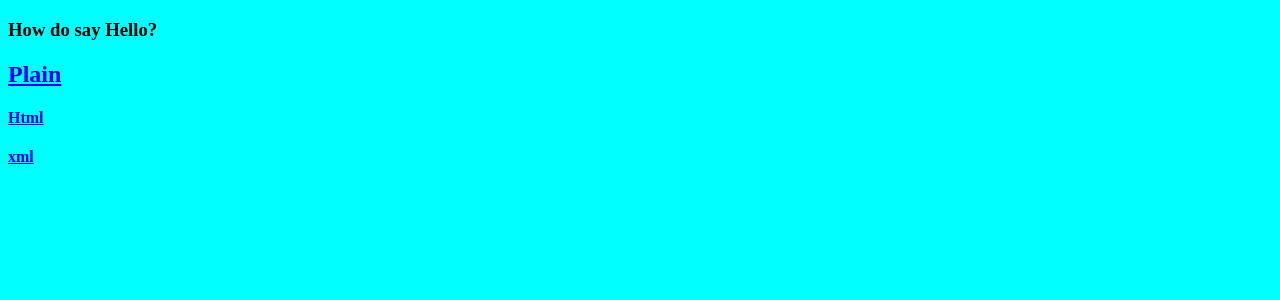
Repository: AkshayJain2904/Zen-Assignemt
Page: REST Demo/TrivagHotels/WebContent/index.html
These files come from the project's save history. The page is drawn as it stood at one moment and after the next save; the edit follows.
The browser window is 1280 px wide. The pictures show the whole page.

Above is the page before, as saved 2019-07-25 06:20:57.

### REST Demo/TrivagHotels/WebContent/index.html
<!DOCTYPE html>
<html>
<head>
<meta charset="ISO-8859-1">
<title>Trivago Hotels</title>
<style type="text/css">
body{
	background-color: aqua;
}
</style>
</head>
<body>
	<h3>How do say Hello?</h3>
	<h2><a href="http://localhost:8056/HelloWebServices/zenrest/zenhello">Plain</a></h2>
	<h4><a href="http://localhost:8056/HelloWebServices/zenrest/zenhello/welcome">Html</a></h4>
	<h4><a href="http://localhost:8056/HelloWebServices/zenrest/zenhello/welcomexml">xml</a></h4>
</body>
</html>

After the next save:
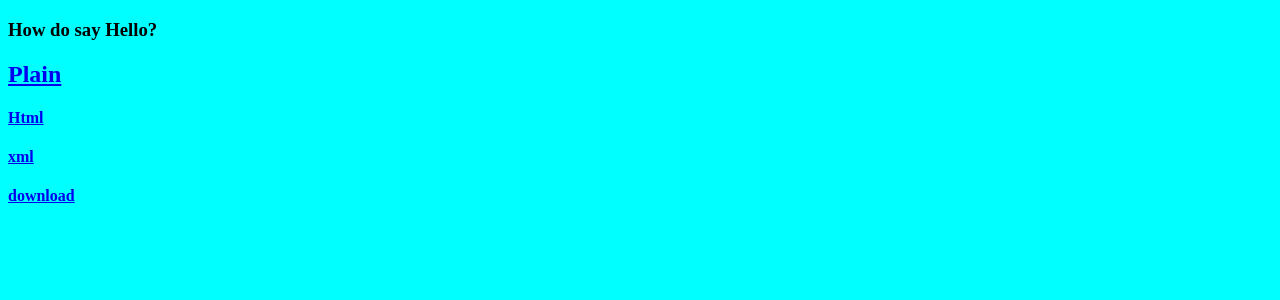
Saved 38 min 7 s later.
--- a/REST Demo/TrivagHotels/WebContent/index.html
+++ b/REST Demo/TrivagHotels/WebContent/index.html
@@ -14,5 +14,6 @@ body{
 	<h2><a href="http://localhost:8056/HelloWebServices/zenrest/zenhello">Plain</a></h2>
 	<h4><a href="http://localhost:8056/HelloWebServices/zenrest/zenhello/welcome">Html</a></h4>
 	<h4><a href="http://localhost:8056/HelloWebServices/zenrest/zenhello/welcomexml">xml</a></h4>
+	<h4><a href="http://localhost:8056/HelloWebServices/zenrest/files/text">download</a></h4>
 </body>
 </html>
